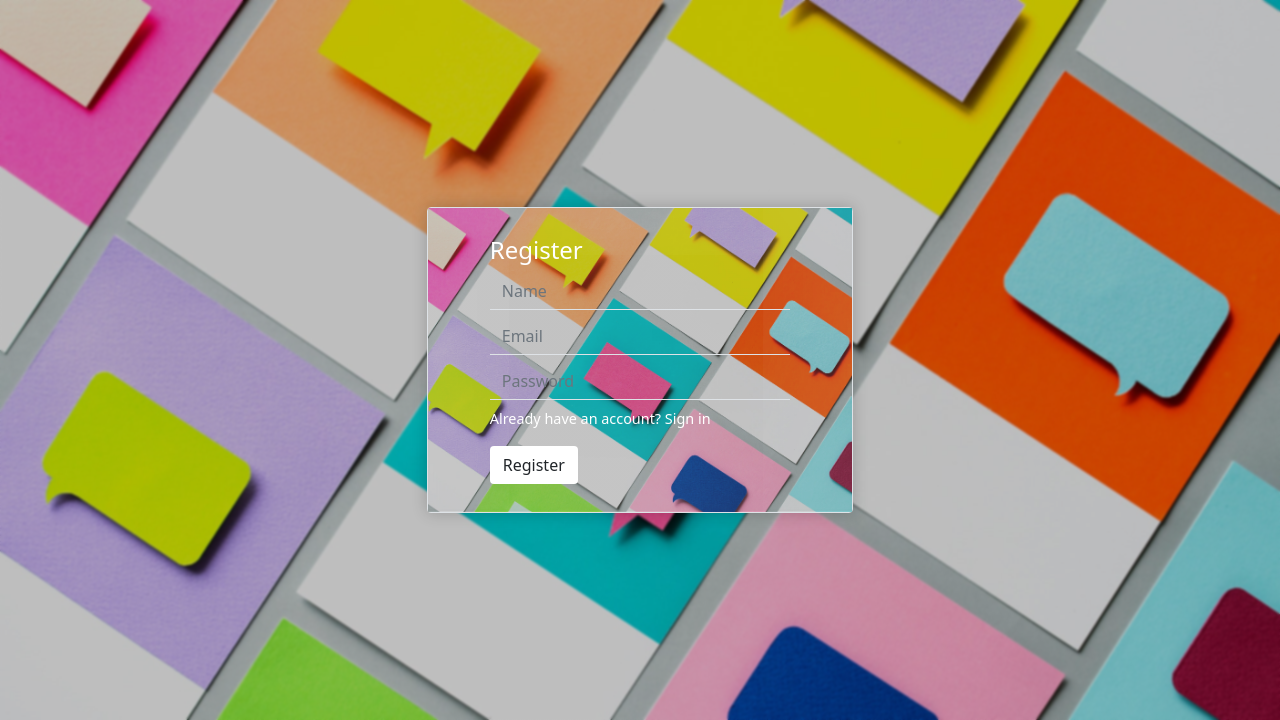
Repository: SaudCh/React-login
Page: /register
An editor plug-in stored every save of this project. The page is shown before and after the next save, followed by the edit.
The browser window is 1280 px wide. The pictures show the whole page.
The project was rebuilt for these pictures with package versions that can differ from the ones it lists, and the page was loaded fresh each time. Also part of the build but not shown: src/Components/Login/logincss.js, src/Components/Login/loginValidation.js, src/Components/Login/Login.jsx, src/Components/Home/Home.jsx.

Above is the page before, as saved 2022-02-06 13:47:28.

### src/App.js
import Login from './Components/Login/Login';
import Register from './Components/Register/Register'
import '../node_modules/bootstrap/dist/css/bootstrap.min.css'
import { Routes, Route, BrowserRouter as Router } from 'react-router-dom'
import Home from './Components/Home/Home';

function App() {
  return (
    <Router>

      <Routes>
        <Route path="/login" element={<Login />} />
        <Route path="/register" element={<Register />} />
        <Route path="/" element={<Home />} />
        <Route path="*" element={<Home />} />
      </Routes >
    </Router>
  );
}

export default App;

### src/Components/Register/Register.jsx
import React, { useState } from "react";
import "./Register.css";
import { formStyle } from "./RegsiterCss";
import axios from "axios";
import { registrationValidation } from "./RegisterValidation";
import { Link } from "react-router-dom";

export default function Register() {
  const [name, setName] = useState();
  const [email, setEmail] = useState();
  const [password, setPassword] = useState();
  const [error, setError] = useState("");

  const formSubmit = (e) => {
    setError("");
    e.preventDefault();
    const data = {
      name: name,
      email: email,
      password: password,
    };

    const errors = registrationValidation(data);

    console.log(Object.keys(errors).length);

    if (Object.keys(errors).length !== 0) {
      setError(errors);
      return;
    }

    axios
      .post("http://localhost:5000/api/user/register", data)
      .then(function (response) {
        console.log(response);
      })
      .catch(function (error) {
        let err;
        if (error.response) {
          err = error.response.data.message;
        } else if (error.request) {
          err = error.toJSON().message;
        } else {
          err = error.message;
        }
        setError({ api: err });
      });
  };

  return (
    <div>
      <div className="container-fluid">
        <div className="row background-image">
          <div className="col-10 col-md-4 background-text border rounded">
            <form onSubmit={formSubmit} className="col-9">
              {error.api && <p className="text-danger p-0 m-0">{error.api}</p>}
              <div className="my-2">
                <h4 className="text-white">Register </h4>
              </div>
              <div className="my-2">
                <input
                  type="text"
                  style={formStyle}
                  value={name}
                  onChange={(name) => setName(name.target.value)}
                  className="form-control border-bottom hlo"
                  id="name"
                  placeholder="Name"
                />
                {error.name && (
                  <p className="text-danger p-0 m-0">{error.name}</p>
                )}
              </div>
              <div className="form-group my-2">
                <input
                  style={formStyle}
                  value={email}
                  onChange={(email) => setEmail(email.target.value)}
                  type="email"
                  class="form-control border-bottom"
                  id="email"
                  placeholder="Email"
                />
                {error.email && (
                  <p className="text-danger p-0 m-0">{error.email}</p>
                )}
              </div>
              <div className="form-group my-2">
                <input
                  style={formStyle}
                  value={password}
                  onChange={(password) => setPassword(password.target.value)}
                  type="password"
                  class="form-control border-bottom"
                  id="password"
                  placeholder="Password"
                />
                {error.password && (
                  <p className="text-danger p-0 m-0">{error.password}</p>
                )}
              </div>
              <div className="my-2">
                <div>
                  <p className="text-white" style={{ fontSize: "0.9rem" }}>
                    Already have an account?{" "}
                    <Link
                      to="/login"
                      class="text-white"
                      style={{ textDecoration: "none" }}
                    >
                      Sign in
                    </Link>
                  </p>
                </div>
                <button className="btn" style={{ backgroundColor: "white" }}>
                  Register
                </button>
              </div>
            </form>
          </div>
        </div>
      </div>
    </div>
  );
}

### src/Components/Login/Login.css
:root {
  --primary: rgba(254, 113, 145, 0.4);
  --secondary: rgba(255, 133, 133, 0.4);
}
.login-background-image {
  height: 100vh;
  width: 100vw;

  background: linear-gradient(to top right, var(--primary), var(--secondary)),
    url("../Images/back.jpg") no-repeat center center / cover;
}

.login-btn {
  width: 100%;
  border: none;
  border-radius: 25px;
  padding: 5px 0;
  color: white;
  background: linear-gradient(
    to right,
    rgb(254, 113, 145),
    rgb(255, 133, 133)
  );
}

input:hover,
input:active,
input:focus,
input:-webkit-autofill {
  outline: 0px !important;
  -webkit-appearance: none;
  box-shadow: none !important;
}
input:-webkit-autofill,
input:-webkit-autofill:focus {
  transition: background-color 600000s 0s, color 600000s 0s;
}

### src/Components/Register/Register.css
.background-image {
  background-image: linear-gradient(rgba(0, 0, 0, 0.2), rgba(0, 0, 0, 0.2)),
    url("../Images/back.jpg");
  background-position: center;
  background-repeat: no-repeat;
  background-size: cover;

  height: 100vh;
  justify-content: center;
  align-items: center;

  position: relative;
  z-index: 1;
}
.background-image::before {
  content: "";
  position: absolute;
  background: inherit;
  top: 0;
  bottom: 0;
  left: 0;
  right: 0;
  filter: blur(1px);
  z-index: -1;
}

.background-text {
  padding: 20px 0px;
  display: flex;
  justify-content: center;
  align-items: center;

  box-shadow: 0 0 1rem 0 rgba(0, 0, 0, 0.2);
  position: relative;
  background: inherit;
  z-index: 1;
}
.background-text::before {
  content: "";
  position: absolute;
  background: inherit;
  top: 0;
  bottom: 0;
  left: 0;
  right: 0;
  box-shadow: inset 0 0 2000px rgba(255, 255, 255, 0.3);
  /* filter: blur(1px); */
  z-index: -1;
}

input:hover,
input:active,
input:focus,
input:-webkit-autofill {
  outline: 0px !important;
  -webkit-appearance: none;
  box-shadow: none !important;
}
input:-webkit-autofill,
input:-webkit-autofill:focus {
  transition: background-color 600000s 0s, color 600000s 0s;
}

### src/Components/Register/RegsiterCss.js
export const formStyle = {
    backgroundColor: "transparent",
    color: "white",
    border: "none",
    borderRadius: 0,
};

### src/Components/Register/RegisterValidation.js
export const registrationValidation = (data) => {
    let errors = {};

    if (!data.name) {
        errors.name = "Name is Required."
    }
    if (!data.email) {
        errors.email = "Email Is Required."
    }
    else if (!/\S+@\S+\.\S+/.test(data.email)) {
        errors.email = "Invalid Email"
    }
    if (!data.password) {
        errors.password = "Password is required."
    }
    else if (data.password.length < 6) {
        errors.password = "Password Must be more than Six Characters"
    }
    return errors;

}

Loaded but not shown: public/index.html (common file); src/index.js (common file); src/index.css (common file); src/reportWebVitals.js (common file)

After the next save:
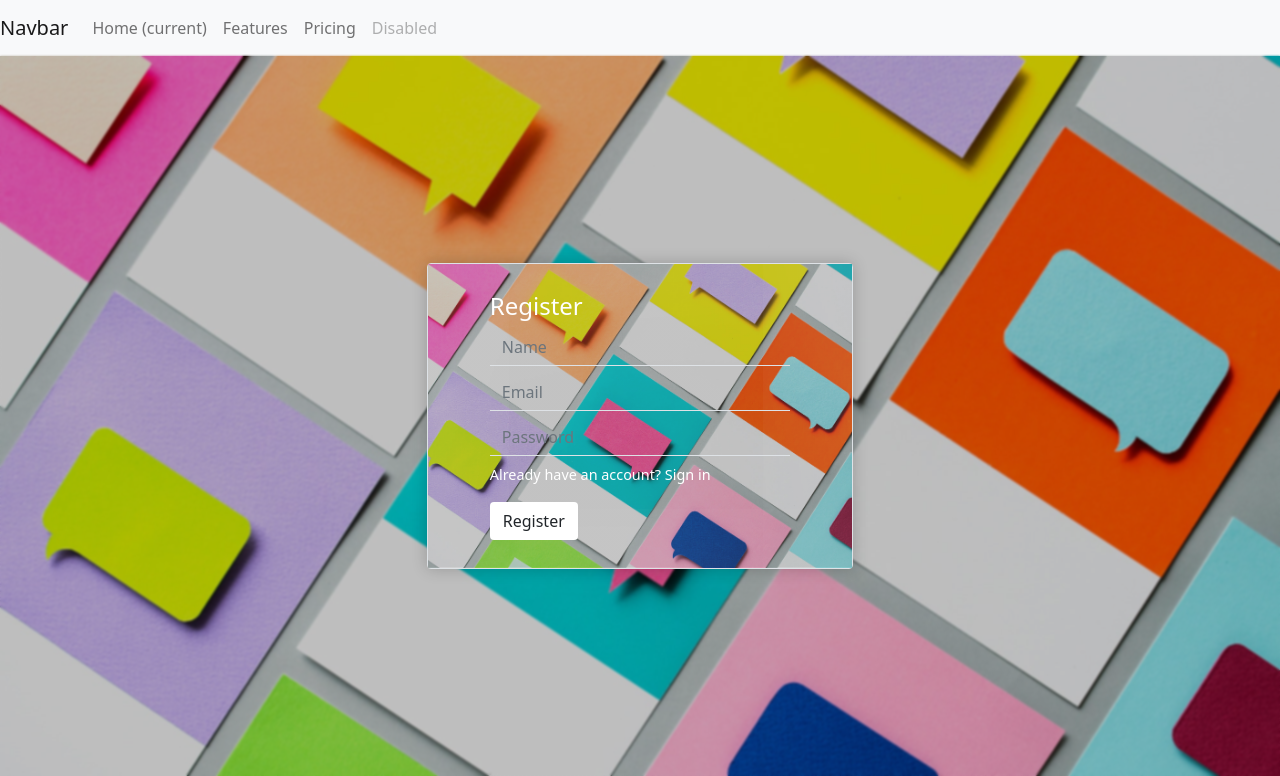
Saved 29 s later.
--- a/src/App.js
+++ b/src/App.js
@@ -7,7 +7,28 @@ import Home from './Components/Home/Home';
 function App() {
   return (
     <Router>
-
+      <nav class="navbar navbar-expand-lg navbar-light bg-light">
+        <a class="navbar-brand" href="#">Navbar</a>
+        <button class="navbar-toggler" type="button" data-toggle="collapse" data-target="#navbarNav" aria-controls="navbarNav" aria-expanded="false" aria-label="Toggle navigation">
+          <span class="navbar-toggler-icon"></span>
+        </button>
+        <div class="collapse navbar-collapse" id="navbarNav">
+          <ul class="navbar-nav">
+            <li class="nav-item active">
+              <a class="nav-link" href="#">Home <span class="sr-only">(current)</span></a>
+            </li>
+            <li class="nav-item">
+              <a class="nav-link" href="#">Features</a>
+            </li>
+            <li class="nav-item">
+              <a class="nav-link" href="#">Pricing</a>
+            </li>
+            <li class="nav-item">
+              <a class="nav-link disabled" href="#">Disabled</a>
+            </li>
+          </ul>
+        </div>
+      </nav>
       <Routes>
         <Route path="/login" element={<Login />} />
         <Route path="/register" element={<Register />} />
